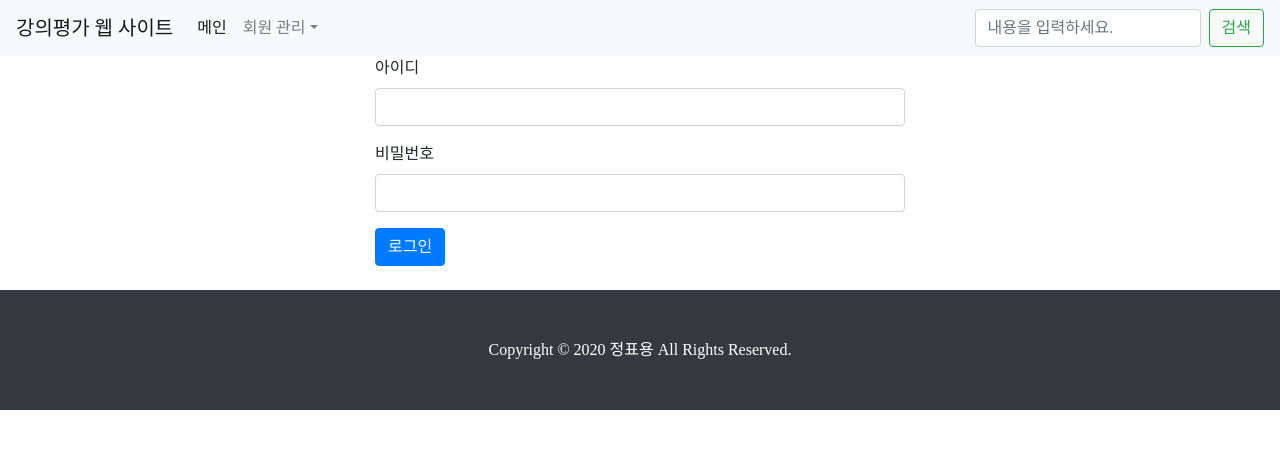
Repository: sur2/JSP-Lecture-Evaluation
Page: http://localhost/Lecture_Evaluation/userJoin.jsp
The author's editor kept a copy of each file at every save. The page is drawn from the files as they stood at one save, then again after the next save.
The browser window is 1280 px wide. The pictures show the whole page.
Some web fonts or font styles are not loaded; a fallback is used. The page is served by Tomcat 9. Other server files are loaded and not shown.

Above is the page before, as saved 2020-01-08 05:59:23.

### Lecture Evaluation/WebContent/userJoin.jsp
<%@ page language="java" contentType="text/html; charset=UTF-8"
	pageEncoding="UTF-8"%>
<!DOCTYPE html>
<html>
<head>
	<meta charset="UTF-8">
	<!-- 반응형 웹 -->
	<meta name="viewport" content="width=device-width, initial-scale=1.0, shrink-to-fit=no">
	<title>강의평가 웹 사이트</title>
	<!-- 부트스트랩 CSS 추가하기 -->
	<link rel="stylesheet" href="./css/bootstrap.min.css"></link>
	<!-- 커스텀 CSS 추가하기 -->
	<link rel="stylesheet" href="./css/custom.css"></link>
</head>
<body>
	<nav class="navbar navbar-expand-md navbar-light bg-light">
		<a class="navbar-brand" href="index.jsp">강의평가 웹 사이트</a>
		<button class="navbar-toggler" type="button" data-toggle="collapse" data-target="#navbar">
			<span class="navbar-toggler-icon"></span>
		</button>
		<div id="navbar" class="collapse navbar-collapse">
			<ul class="navbar-nav mr-auto">
				<li class="navbar-item active">
					<a class="nav-link" href="index.jsp">메인</a>
				</li>
				<li class="nav-item dropdown">
					<a class="nav-link dropdown-toggle" id="dropdown" data-toggle="dropdown">회원 관리</a>
					<div class="dropdown-menu" aria-labelledby="dropdown">
						<a class="dropdown-item" href="#">로그인</a>
						<a class="dropdown-item" href="#">회원가입</a>
						<a class="dropdown-item" href="#">로그아웃</a>
					</div>
				</li>
			</ul>
			<form class="form-inline my-2 my-lg-0">
				<input class="form-control mr-sm-2" type="search" placeholder="내용을 입력하세요." aria-label="Search">
				<button class="btn btn-outline-success my-2 my-sm-0" type="submit">검색</button>
			</form>
		</div>
	</nav>

	<section class="container" style="max-width: 560px;">
		<form method="post" action="./userLoginAction.jsp">
			<div class="form-group">
				<label>아이디</label>
				<input type="text" name="userID" class="form-control">
			</div>
			<div class="form-group">
				<label>비밀번호</label>
				<input type="password" name="userPassword" class="form-control">
			</div>
			<button type="submit" class="btn btn-primary">로그인</button>
		</form>
	</section>

	<footer class="bg-dark mt-4 p-5 text-center" style="color: #FFFFFF;">
		Copyright &copy; 2020 정표용 All Rights Reserved.
	</footer>

	<!-- JQuery js 추가하기 -->
	<script type="text/javascript" src="./js/jquery-3.4.1.min.js"></script>
	<!-- popper js 추가하기 -->
	<script type="text/javascript" src="./js/popper.min.js"></script>
	<!-- 부트스트랩 js 추가하기 -->
	<script type="text/javascript" src="./js/bootstrap.min.js"></script>
</body>
</html>

### Lecture Evaluation/WebContent/css/custom.css
@import url(https://fonts.googleapis.com/earlyaccess/jejugothic.css);
@import url(https://fonts.googleapis.com/css?family=Nanum+Gothic&display=swap);
.navbar-brand, h1, h2, h3, h4 {
	font-family: 'Jeju Gothic';
}
h5 {
	font-family:'Jeju Gothic';
	font-size: 18px;
}
body {
	font-family: 'Nanum Gothic';
}

Loaded but not shown: Lecture Evaluation/WebContent/css/bootstrap.min.css (library); Lecture Evaluation/WebContent/js/jquery-3.4.1.min.js (library); Lecture Evaluation/WebContent/js/popper.min.js (library); Lecture Evaluation/WebContent/js/bootstrap.min.js (library)

After the next save:
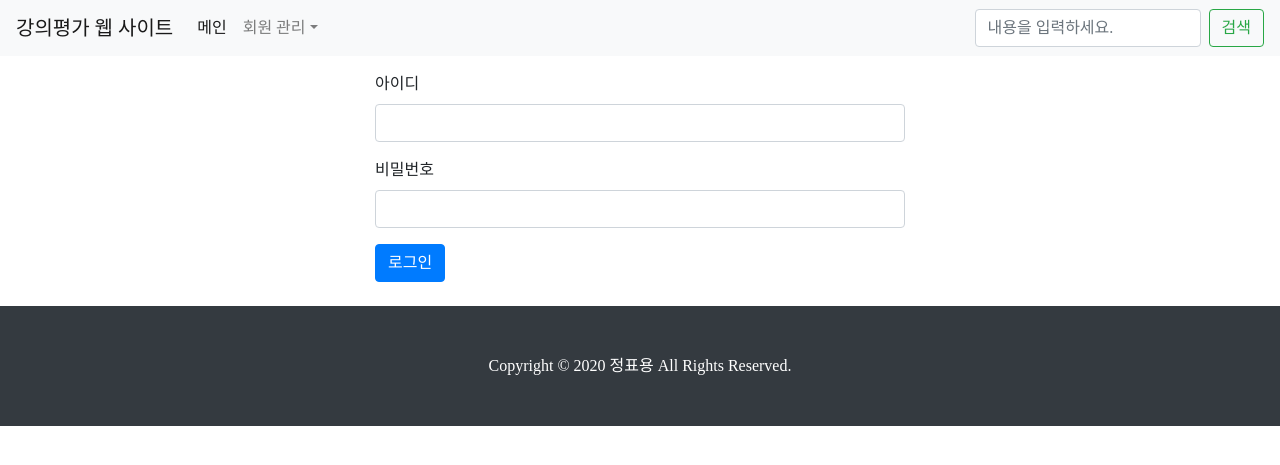
Saved 46 s later.
--- a/Lecture Evaluation/WebContent/userJoin.jsp
+++ b/Lecture Evaluation/WebContent/userJoin.jsp
@@ -39,7 +39,7 @@
 		</div>
 	</nav>
 
-	<section class="container" style="max-width: 560px;">
+	<section class="container mt-3" style="max-width: 560px;">
 		<form method="post" action="./userLoginAction.jsp">
 			<div class="form-group">
 				<label>아이디</label>
